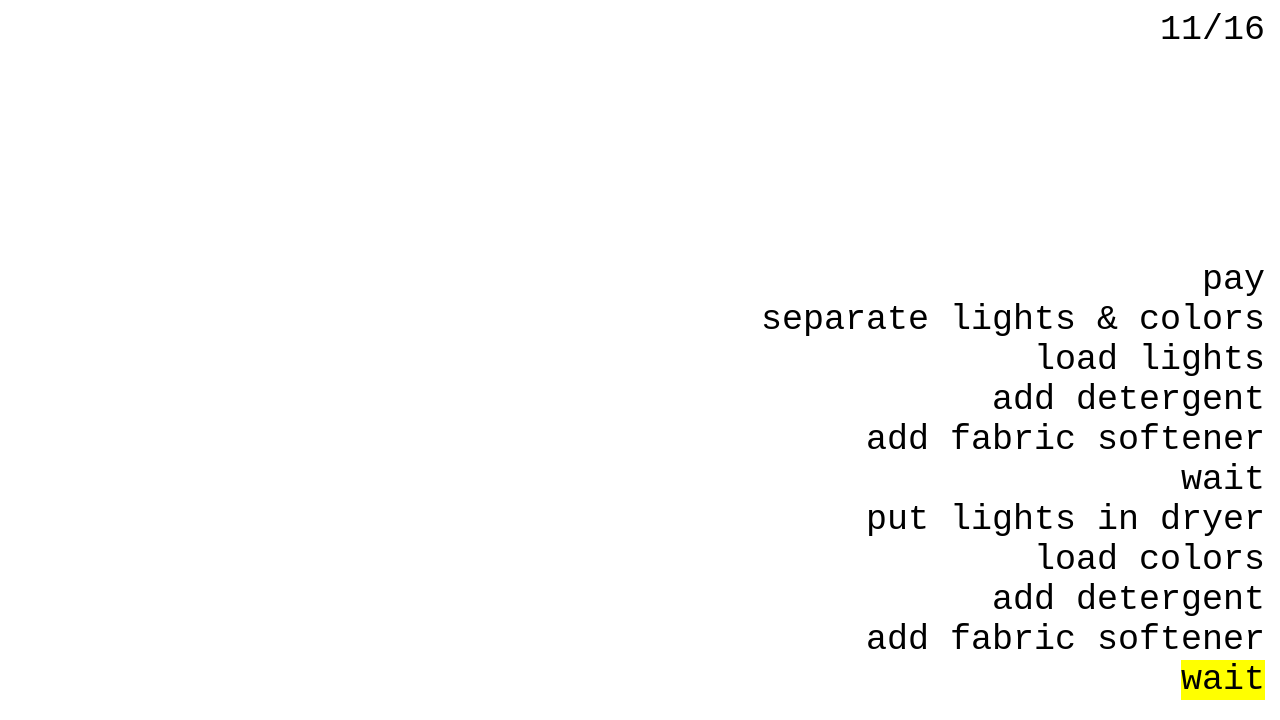
Repository: ortik455/ortik455.github.io
Page: studio/laundrysite/eleven.html
The author's editor kept a record of every edit. The page is drawn from the files as they stood at one moment, then again after the next edit.
The browser window is 1280 px wide. The pictures show the whole page.

Above is the page before.

After the next edit:
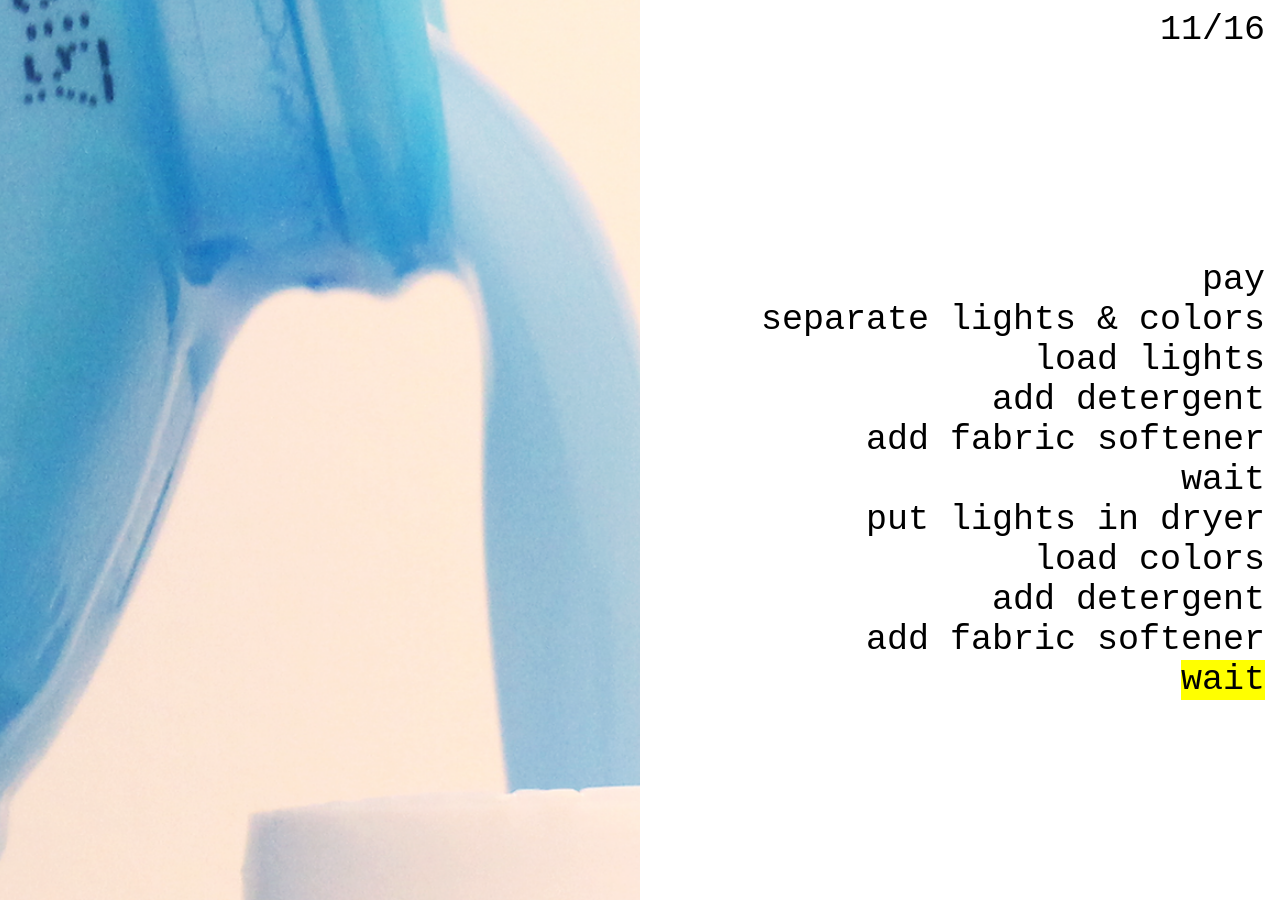
The edit:
--- a/studio/laundrysite/eleven.html
+++ b/studio/laundrysite/eleven.html
@@ -8,8 +8,10 @@
 	</head>
 
 	<body>
-<!--class to call out all the text and use id="" to call out
-individual things but dont use ids... -->
+
+	  <div class="photos">
+	  	<a href="twelve.html"><img src="photos/softener2.png"  alt=""></a>
+	  </div>
 	  <div class="text">
 		<div class="number">
 	  		11/16
